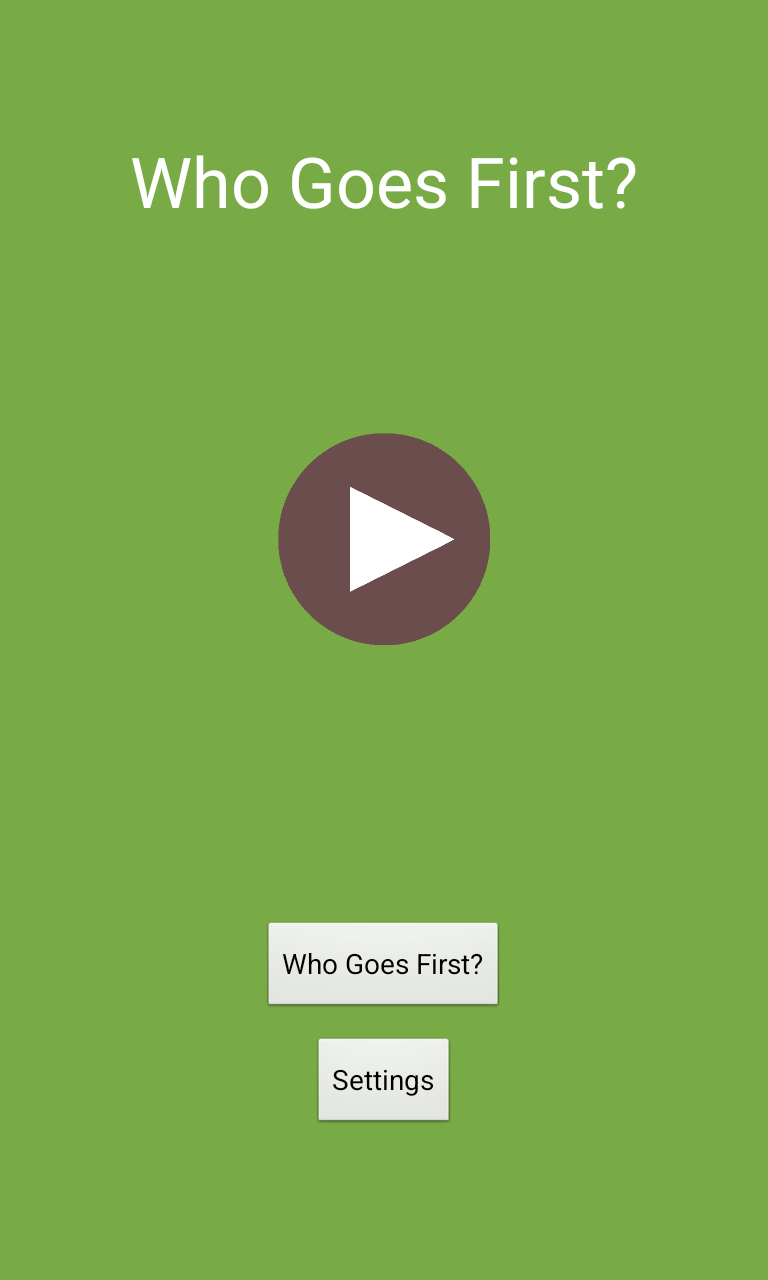
Repository: DarwinLYang/WhoGoesFirstApp
Layout: Who First/WhoFirst/res/layout/fragment_main.xml
These files come from the project's save history. The layout is drawn as it stood at one moment and after the next save; the edit follows.
It is drawn on a 768 x 1280 px phone screen (xhdpi) without system bars, with theme android:Theme.NoTitleBar.Fullscreen; the app's code is not run.

Above is the layout before, as saved 2014-04-09 21:35:36.

### Who First/WhoFirst/res/layout/fragment_main.xml
<RelativeLayout xmlns:android="http://schemas.android.com/apk/res/android"
    xmlns:tools="http://schemas.android.com/tools"
    android:id="@+id/TitleScreen"
    android:layout_width="match_parent"
    android:layout_height="match_parent"
    android:background="@color/green"
    android:gravity="center_horizontal" >

    <TextView
        android:id="@+id/setttingsTitle"
        android:layout_width="wrap_content"
        android:layout_height="wrap_content"
        android:layout_alignParentTop="true"
        android:layout_centerHorizontal="true"
        android:layout_marginTop="67dp"
        android:text="Who Goes First?"
        android:textAppearance="?android:attr/textAppearanceLarge"
        android:textSize="35sp" />

    <Button
        android:id="@+id/questionButton"
        android:layout_width="wrap_content"
        android:layout_height="wrap_content"
        android:layout_alignParentBottom="true"
        android:layout_centerHorizontal="true"
        android:layout_marginBottom="132dp"
        android:onClick="questionScreen"
        android:text="@string/button_question" />

    <Button
        android:id="@+id/settingsButton"
        android:layout_width="wrap_content"
        android:layout_height="wrap_content"
        android:layout_alignTop="@+id/questionButton"
        android:layout_centerHorizontal="true"
        android:layout_marginTop="58dp"
        android:onClick="settingsScreen"
        android:text="@string/button_setting" />

    <ImageButton
        android:id="@+id/imageButton1"
        android:layout_width="150dip"
        android:layout_height="150dip"
        android:layout_below="@+id/setttingsTitle"
        android:layout_centerHorizontal="true"
        android:layout_marginTop="81dp"
        android:background="@drawable/start_button"
        android:gravity="center_vertical|center_horizontal" />

</RelativeLayout>

### Who First/WhoFirst/res/values/strings.xml
<?xml version="1.0" encoding="utf-8"?>
<resources>

    <string name="app_name">Who Goes First</string>
    <string name="button_question">Who Goes First?</string>
    <string name="button_setting">Settings</string>
    <string name="button_next_question">Give me another</string>
    <string name="action_settings">Settings</string>
    <string name="title_activity_main">MainActivity</string>
    <string name="title_activity_question">QuestionActivity</string>
    <string name="title_activity_settings">SettingsActivity</string>
    <string name="text_question_title">Question</string>
    <string name="text_default_question">Default Question</string>

    <color name="green">#78AB46</color>
    <color name="blue">#43BFC7</color>
    <color name="red">#E77471</color>

</resources>

After the next save:
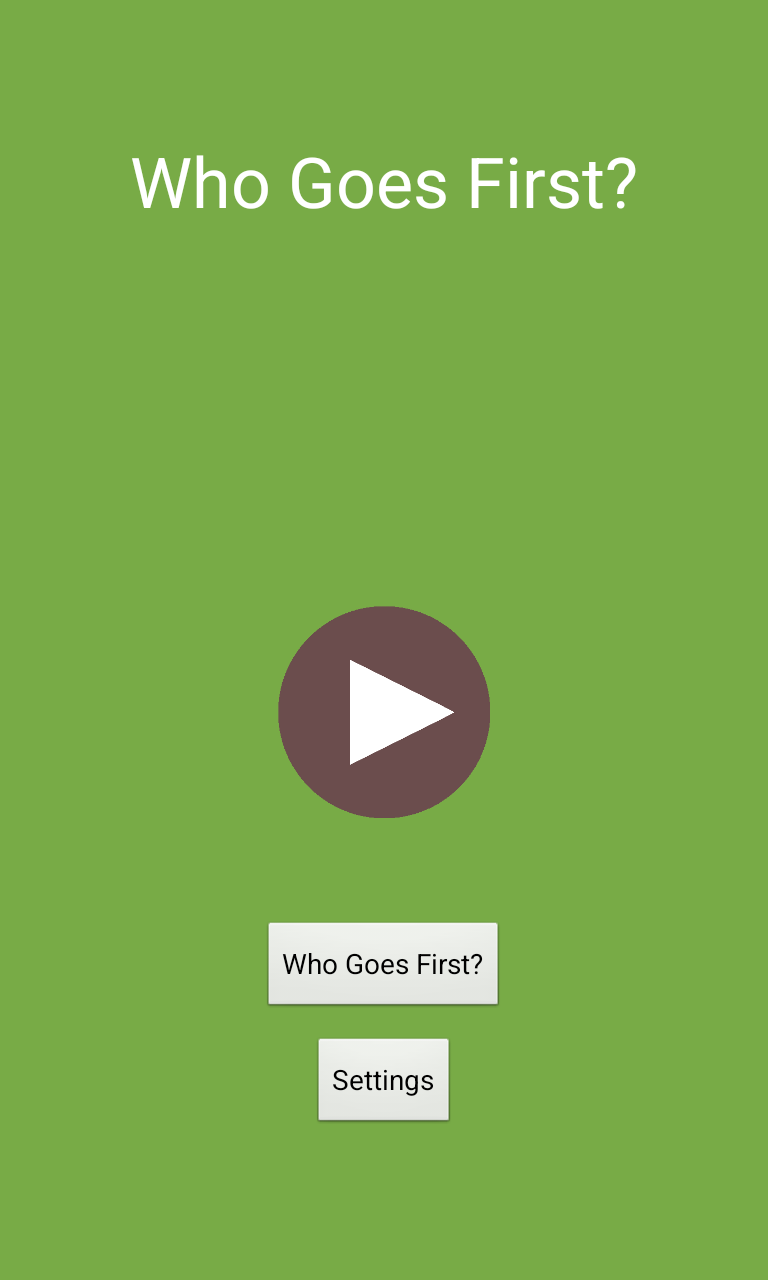
Saved 30 s later.
--- a/Who First/WhoFirst/res/layout/fragment_main.xml
+++ b/Who First/WhoFirst/res/layout/fragment_main.xml
@@ -41,9 +41,9 @@
         android:id="@+id/imageButton1"
         android:layout_width="150dip"
         android:layout_height="150dip"
-        android:layout_below="@+id/setttingsTitle"
+        android:layout_above="@+id/questionButton"
         android:layout_centerHorizontal="true"
-        android:layout_marginTop="81dp"
+        android:layout_marginBottom="29dp"
         android:background="@drawable/start_button"
         android:gravity="center_vertical|center_horizontal" />
 
